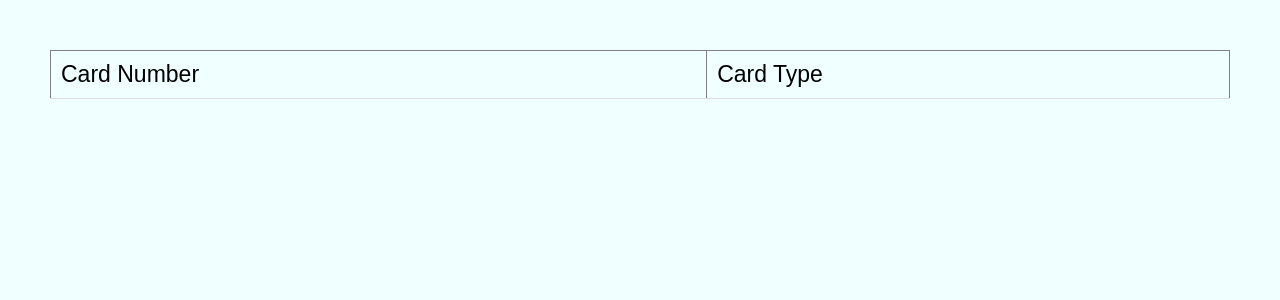
Repository: kiiigaaa/User_Profile
Page: http://localhost/GroceryOrdering/payMethodDetails.jsp
The author's editor kept a copy of each file at every save. The page is drawn from the files as they stood at one save, then again after the next save.
The browser window is 1280 px wide. The pictures show the whole page.
The page is served by Tomcat 9. Other server files are loaded and not shown. Queries for data that is not in the repository find no rows.

Above is the page before, as saved 2022-11-13 09:11:49.

### GroceryOrdering/src/main/webapp/payMethodDetails.jsp
<%@ page language="java" contentType="text/html; charset=ISO-8859-1"
    pageEncoding="ISO-8859-1"%>
<!DOCTYPE html>
<html>
<head>
<meta charset="ISO-8859-1">
<title>Card information</title>
<link rel="stylesheet" type="text/css" href="css/profile.css">

</head>
<body>
	<%@page import="java.sql.DriverManager"%>
	<%@page import="java.sql.ResultSet"%>
	<%@page import="java.sql.Statement"%>
	<%@page import="java.sql.Connection"%>

	<% String id = request.getParameter("userid");
	String driver = "com.mysql.jdbc.Driver";
	String connectionUrl = "jdbc:mysql://localhost:3306/";
	String database = "online_grocery_ordering_system";
	String userid = "root";
	String password = "kishen00!!!";
	try {
	Class.forName(driver);
	} catch (ClassNotFoundException e) {
	e.printStackTrace();
	}
	Connection connection = null;
	Statement statement = null;
	ResultSet resultSet = null;
%>
	<div class="info">
	<form action="delete" method="post">
	<table border="1">
	<tr>
	<td>Card Number</td>
	<td>Card Type</td>

	</tr>

	<%
	try{
		connection = DriverManager.getConnection(connectionUrl+database, userid, password);
		statement=connection.createStatement();
		String sql ="select * from paymentmethod";
		resultSet = statement.executeQuery(sql);
		while(resultSet.next()){
		%>
		<tr>
		<td><%=resultSet.getString("cardNo") %></td>
		<td><%=resultSet.getString("cardType") %></td>
		<% String no = resultSet.getString("cardNo"); %>
		<td><input type="hidden" name="delete2" value="<%=resultSet.getString("cardNo")%>">
		<input type="submit" name="delete" class="btn" value="Delete"></td>
		</tr>
	<%
	}
	} catch (Exception e) {
	e.printStackTrace();
	}
	%>
	</form>
	</table>
	</div>
</body>
</html>

### GroceryOrdering/src/main/webapp/css/profile.css
@charset "ISO-8859-1";

*{
   margin: 0;
   padding: 0;
   box-sizing: border-box;
}

body{
   background-color: #F0FFFF;

}

.navsection{
   min-height: 100px;
}

header{
     height: 100px;
     background:#006400;
     width: 100%;
     z-index: 12;
     position: fixed;

 }

.logo img{
   width: 70px;
   height: 70px;
   position: absolute;
   top: 10px;
   left: 40px;
 }

 .wrapper{
   width: 1170px;
   margin: 0 auto;
}

nav{
   float: right;
   line-height: 100px;

}
nav a {
   text-decoration:none;
   font-size:14px;
   color:#fff;
   font-family:sans-serif;
   letter-spacing: 1px;
   margin: 0 10px;
   padding: 7px 7px;
   border-radius: 3px;
   transition: 0.4s ease-in-out;

}
nav a:hover{
   background: #8FBC8F;

}

.home{
   height: 50px;
   width: 100%;
}

table {
  border-collapse: collapse;
  width: 100%;
}

th, td {

  padding: 10px;
  text-align: left;
  border-bottom: 1px solid #ddd;
}

.info{
	top:10px;
	margin:50px;
	font-family:sans-serif;
	font-size:23px
}

.up-btn{
    height: 50px;
    width: 150px;
    background: #006400;
    color:#fff;
    border: none;
    padding-left:25px;
    margin-left:500px;
    border-radius: 6px 6px 6px 6px;
    transition: 0.2s ease-in-out;
}

.up-btn:hover{
    border: 2px solid #00CED1;
    background-color: #8FBC8F;
    color: black;
}

.pay-btn{
    height: 50px;
    width: 150px;
    background: #8FBC8F;
    border: none;
    margin-left:100px;
    border-radius: 6px 6px 6px 6px;
    transition: 0.2s ease-in-out;
}

.pay-btn:hover{
    border: 2px solid #00CED1;
    background-color: #006400;
    color: #FFFAF0;
}

.info input[type=text],input[type=email] , select{
  width: 50%;
  padding: 12px 20px;
  margin: 8px 0;
  display: inline-block;
  border: 1px solid #ccc;
  border-radius: 4px;
  box-sizing: border-box;
}

.valid input[type=text],input[type=password] , select{

  padding: 12px 20px;
  margin: 8px 0;
  display: inline-block;
  border: 1px solid #ccc;
  border-radius: 4px;
  box-sizing: border-box;
}

.valid{
	margin-left:150px;
	padding-right:20px;

}

.sub{
	height: 50px;
    width: 100px;
    background: #8FBC8F;
    border: none;
    margin-left:100px;
    border-radius: 6px 6px 6px 6px;
    transition: 0.2s ease-in-out;
}

.sub:hover{
	border: 2px solid #00CED1;
    background-color: #006400;
    color: #FFFAF0;
}

.btn{
	height: 30px;
    width: 100px;
    background: #8FBC8F;
    border: none;
    border-radius: 6px 6px 6px 6px;
    transition: 0.2s ease-in-out;
}

.btn:hover{
	border: 2px solid #00CED1;
    background-color: #8FBC8F;
    color: black;
}

After the next save:
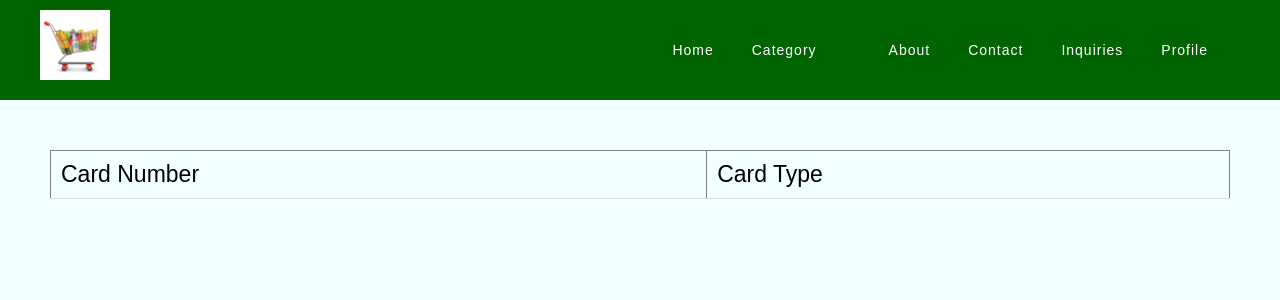
Saved 67 s later.
--- a/GroceryOrdering/src/main/webapp/payMethodDetails.jsp
+++ b/GroceryOrdering/src/main/webapp/payMethodDetails.jsp
@@ -9,6 +9,27 @@
 
 </head>
 <body>
+	<section class="navsection">
+ 	<header>
+        <div class="wrapper">
+        <div class="logo">
+          <a href="#">
+          <img src="images/logo.jpg" alt="logo" >
+          </a>
+            </div>
+         <nav>
+          <a href="index.php">Home</a>
+          <a href="services.php">Category</a>
+          <a href="vehicle-index.php"></a>
+          <a href="aboutus.php">About</a>
+          <a href="contactus.php">Contact</a>
+          <a href="inquery.php">Inquiries</a>
+          <a href="register.php"  >Profile</a>
+         </nav>
+        </div>
+    </header>
+</section>
+
 	<%@page import="java.sql.DriverManager"%>
 	<%@page import="java.sql.ResultSet"%>
 	<%@page import="java.sql.Statement"%>
